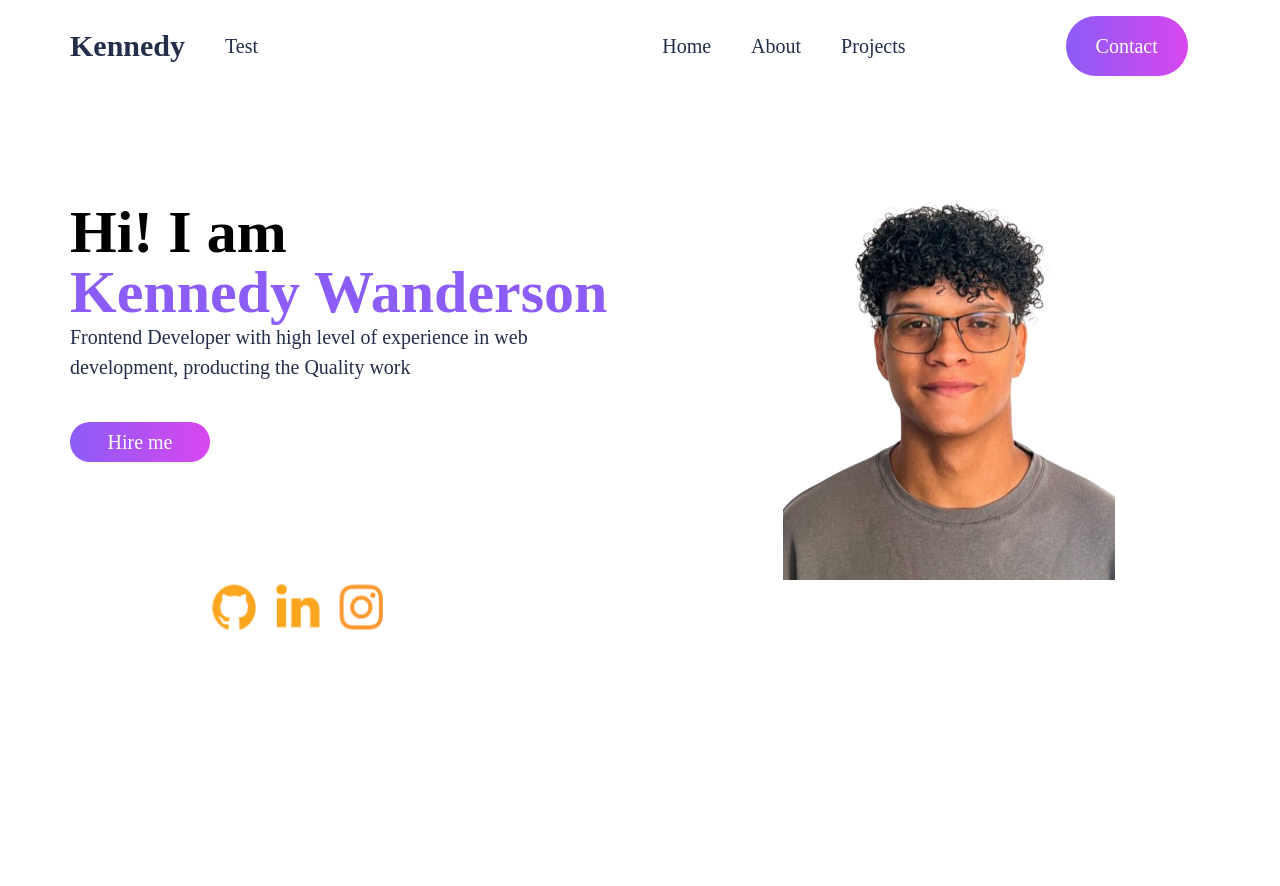
Repository: KennedyWanderson/portfolio
Page: /
These files come from the project's save history. The page is drawn as it stood at one moment and after a run of saves; the edit follows.
The browser window is 1280 px wide. The pictures show the whole page.
Some web fonts or font styles are not loaded; a fallback is used. The project was rebuilt for these pictures with package versions that can differ from the ones it lists, and the page was loaded fresh each time.

Above is the page before, as saved 2024-01-17 11:48:12.

After the next 4 saves:
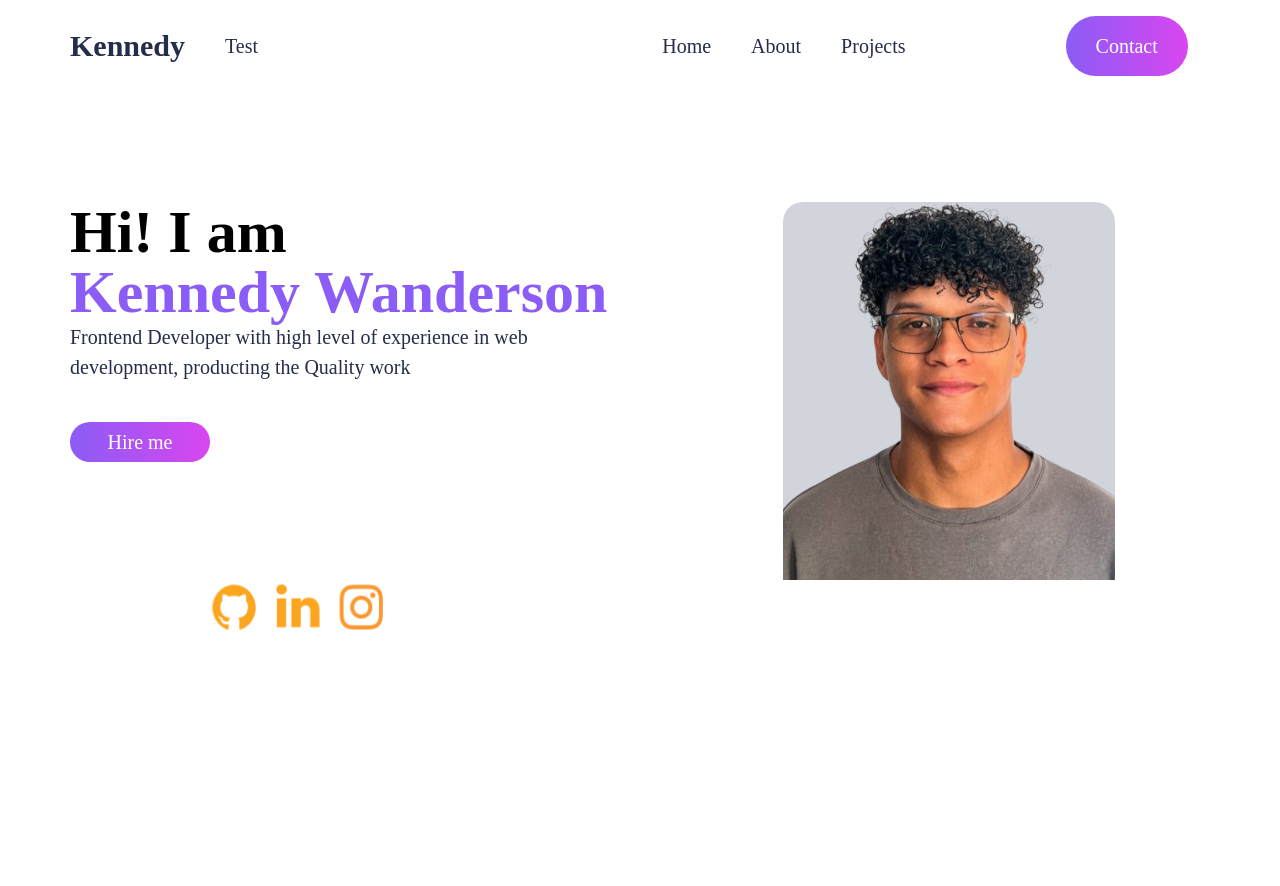
The 4 saves are shown as one change because they came seconds apart.
The last was saved 21 s later.
--- a/src/Components/About/About.jsx
+++ b/src/Components/About/About.jsx
@@ -33,7 +33,7 @@ const About = () => {
                 </div>
             </div>
             <div className="flex-1 relative">
-                <div className="z-[1] absolute left-1/4 ">
+                <div className="z-[1] absolute bg-gray-300 rounded-2xl left-1/4 ">
                     <img className="scale-145 " src={Profile} alt="" />
                 </div>
             </div>
